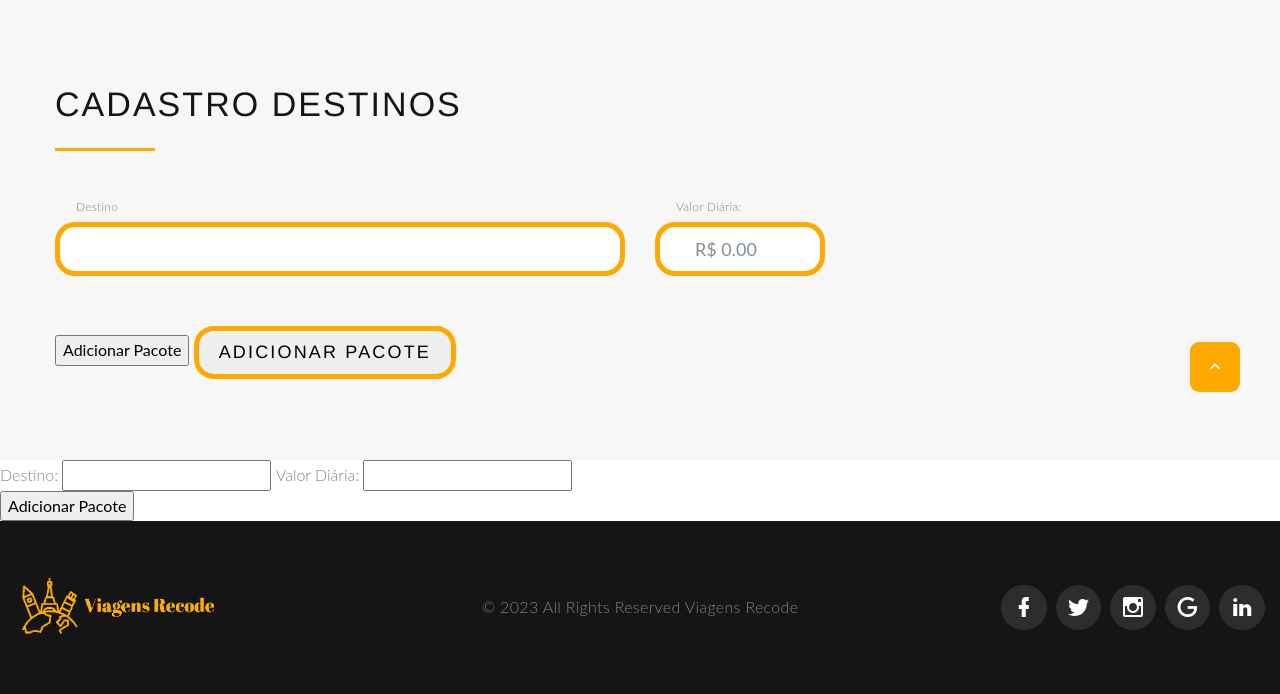
Repository: LiraS23/RecodePro2023-Modulo-4
Page: java/Modulo4/src/main/webapp/destinos.html
The author's editor kept a copy of each file at every save. The page is drawn from the files as they stood at one save, then again after the next save.
The browser window is 1280 px wide. The pictures show the part of the page from y = 388 to 1082 px (the page is 1082 px tall).
Some web fonts or font styles are not loaded; a fallback is used.

Above is the page before, as saved 2023-10-28 16:28:35.

### java/Modulo4/src/main/webapp/destinos.html
<!DOCTYPE html>
<html lang="pt-br">

<head>
	<meta charset="UTF-8">
	<meta name="viewport" content="width=device-width, initial-scale=1.0">
	<title>Destinos</title>
	<link rel="icon" href="assets/images/favicon.ico" type="image/x-icon">
	<!-- Stylesheets -->
	<link rel="stylesheet" type="text/css"
		href="assets/fonts.googleapis.com/css?family=Oswald:200,400%7CLato:300,400,300italic,700%7CMontserrat:900">
	<link rel="stylesheet" href="assets/css/bootstrap.css">
	<link rel="stylesheet" href="assets/css/style.css">
	<link rel="stylesheet" href="assets/css/fonts.css">
</head>

<body>
	<div class="page">
		<header class="section page-header breadcrumbs-custom-wrap bg-gradient bg-secondary-2 novi-background bg-cover">
			<!-- RD Navbar-->
			<div class="rd-navbar-wrap rd-navbar-default">
				<nav class="rd-navbar rd-navbar-expand-lg rd-navbar-light custom-navbar" style="z-index: 1000;"
					data-layout="rd-navbar-fixed" data-sm-layout="rd-navbar-fixed" data-md-layout="rd-navbar-fixed"
					data-md-device-layout="rd-navbar-fixed" data-lg-layout="rd-navbar-fullwidth"
					data-xl-layout="rd-navbar-static" data-lg-device-layout="rd-navbar-fixed"
					data-xl-device-layout="rd-navbar-static" data-md-stick-up-offset="2px" data-lg-stick-up-offset="2px"
					data-stick-up="true" data-sm-stick-up="true" data-md-stick-up="true" data-lg-stick-up="true"
					data-xl-stick-up="true">
					<div class="rd-navbar-inner">
						<!-- RD Navbar Panel-->
						<div class="rd-navbar-panel">
							<!-- RD Navbar Toggle-->
							<button class="rd-navbar-toggle"
								data-rd-navbar-toggle=".rd-navbar-nav-wrap"><span></span></button>
							<!-- RD Navbar Brand-->
							<div class="rd-navbar-brand"><a class="brand-name" href="index.html"><img
										class="logo-default" src="assets/images/logo-default-208x46.png" alt=""
										width="208" height="46" /><img class="logo-inverse"
										src="assets/images/logo-inverse-208x46.png" alt="" width="208"
										height="46" /></a></div>
						</div>
						<div class="rd-navbar-aside-right">
							<div class="rd-navbar-nav-wrap">
								<!-- RD Navbar Nav-->
								<ul class="rd-navbar-nav">
									<li><a href="index.html">Home</a>
									</li>
									<li class="active"><a href="destinos.html">Destinos</a>
									</li>
									<li><a href="promocoes.html">Promoções</a>
									</li>
									<li><a href="contato.html">Contato</a>
									</li>
									<li><a href="cliente.html">Cliente</a>
									</li>
								</ul>
							</div>
						</div>
						<div class="rd-navbar-aside-right"><a class="button button-sm button-secondary button-nina"
								href="pedidos.html">Reserve um passeio agora</a></div>
					</div>
				</nav>
			</div>
			<!-- Breadcrumbs-->
			<section class="breadcrumbs-custom"
				style="background: url(&quot;https://png.pngtree.com/thumb_back/fw800/back_pic/03/93/99/8257e7bbd63b3ff.jpg&quot;); background-size: cover;">
				<div class="container">
					<p class="breadcrumbs-custom-subtitle">Encontre seu proximo destino!</p>
					<p class="heading-1 breadcrumbs-custom-title">Destinos</p>
				</div>
			</section>
		</header>

		<!-- Cadastro destinos-->
		<section class="section section-wrap bg-gray-lighter novi-background bg-cover">
			<div class="section-wrap-inner">
				<div class="container container-bigger">
					<div class="row">
						<div class="col">
							<div class="section section-lg">
								<h3>Cadastro destinos</h3>
								<hr class="divider divider-left divider-secondary">
								<!-- RD Mailform-->
								<form class="rd-mailform" data-form-output="form-output-global"
									data-form-type="cadastro" method="post" action="/Modulo4/MeuPacoteServlet">
									<input type="hidden" name="action" value="adicionar">
									<div class="row row-fix row-20">
										<div class="col-md-6">
											<div class="form-wrap form-wrap-validation">
												<label class="form-label-outside" for="destino">Destino</label>
												<input class="form-control"
													style="border: 5px solid #FFA900; border-radius: 20px;" id="destino"
													type="text" name="destino" required>
											</div>
										</div>
										<div class="col-md-2">
											<div class "form-wrap form-wrap-validation">
												<label class="form-label-outside" for="valorDiaria">Valor
													Diária:</label>
												<input class="form-control"
													style="border: 5px solid #FFA900; border-radius: 20px;" type="text"
													name="valorDiaria" placeholder="R$ 0.00" required>
											</div>
										</div>
										<div class="col-sm-12 offset-custom-1">
											<div class="form-button">

												<input type="submit" value="Adicionar Pacote">

												<input class="btn btn-secondary"
													style="border: 5px solid #FFA900; border-radius: 20px;"
													type="submit" value="Adicionar Pacote"></input>
											</div>
										</div>
									</div>
								</form>
							</div>
						</div>
					</div>
				</div>
			</div>
		</section>

		<form action="/Modulo4/MeuPacoteServlet" method="post">
			<input type="hidden" name="action" value="adicionar">
			<label for="destino">Destino:</label>
			<input type="text" name="destino" required>
			<label for="valorDiaria">Valor Diária:</label>
			<input type="text" name="valorDiaria" required><br>
			<input type="submit" value="Adicionar Pacote">
		</form>

		<!-- Footer Minimal-->
		<footer class="section page-footer page-footer-minimal novi-background bg-cover text-center bg-gray-darker">
			<div class="container container-wide">
				<div class="row row-fix justify-content-sm-center align-items-md-center row-30">
					<div class="col-md-10 col-lg-7 col-xl-4 text-xl-left"><a href="index.html"><img class="inverse-logo"
								src="assets/images/logo-inverse-208x46.png" alt="" width="208" height="46" /></a></div>
					<div class="col-md-10 col-lg-7 col-xl-4">
						<p class="right">&#169;&nbsp;<span class="copyright-year"></span> All Rights Reserved Viagens
							Recode
						</p>
					</div>
					<div class="col-md-10 col-lg-7 col-xl-4 text-xl-right">
						<ul class="group-xs group-middle">
							<li><a class="icon novi-icon icon-md-middle icon-circle icon-secondary-5-filled mdi mdi-facebook"
									href="#"></a></li>
							<li><a class="icon novi-icon icon-md-middle icon-circle icon-secondary-5-filled mdi mdi-twitter"
									href="#"></a></li>
							<li><a class="icon novi-icon icon-md-middle icon-circle icon-secondary-5-filled mdi mdi-instagram"
									href="#"></a></li>
							<li><a class="icon novi-icon icon-md-middle icon-circle icon-secondary-5-filled mdi mdi-google"
									href="#"></a></li>
							<li><a class="icon novi-icon icon-md-middle icon-circle icon-secondary-5-filled mdi mdi-linkedin"
									href="#"></a></li>
						</ul>
					</div>
				</div>
			</div>
		</footer>
	</div>

	<!-- Global Mailform Output-->
	<div class="snackbars" id="form-output-global"> </div>
	<!-- Javascript-->
	<script src="assets/js/core.min.js"></script>
	<script src="assets/js/script.js"></script>

</body>

</html>

Loaded but not shown: java/Modulo4/src/main/webapp/assets/css/bootstrap.css (library); java/Modulo4/src/main/webapp/assets/css/style.css (library); java/Modulo4/src/main/webapp/assets/css/fonts.css (library); java/Modulo4/src/main/webapp/assets/js/core.min.js (library); java/Modulo4/src/main/webapp/assets/js/script.js (1496 lines, source omitted)

After the next save:
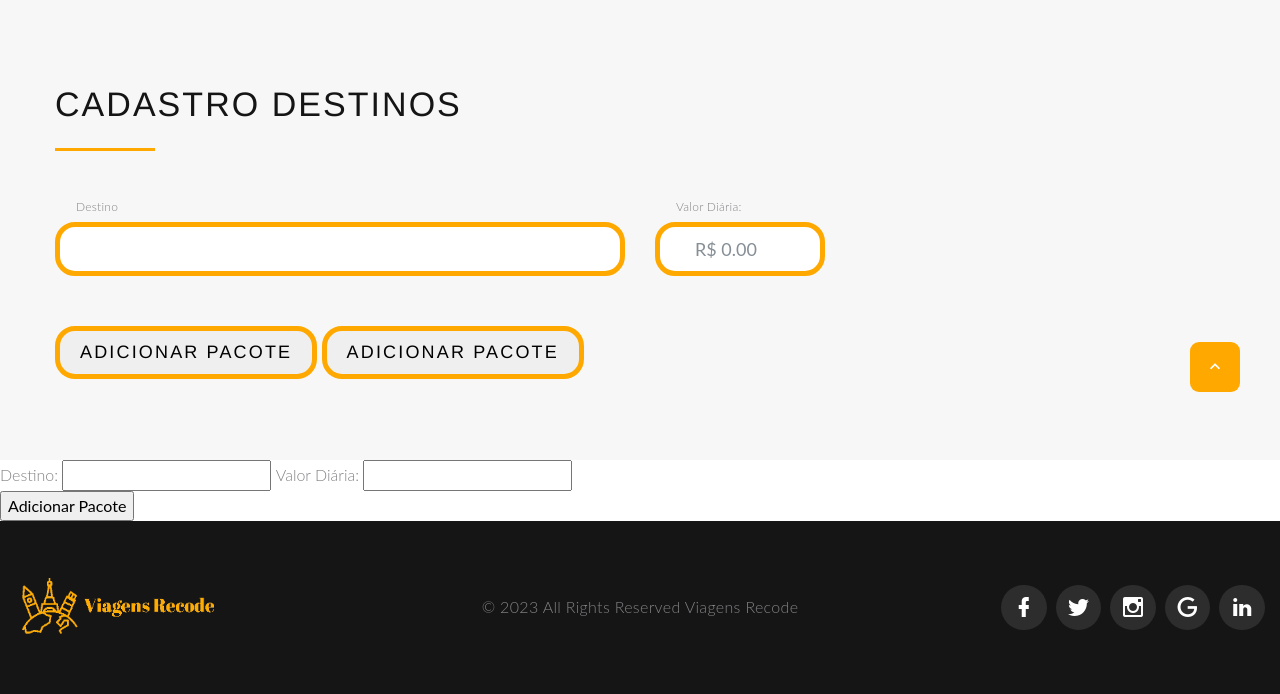
Saved 15 s later.
--- a/java/Modulo4/src/main/webapp/destinos.html
+++ b/java/Modulo4/src/main/webapp/destinos.html
@@ -105,7 +105,8 @@
 										<div class="col-sm-12 offset-custom-1">
 											<div class="form-button">
 
-												<input type="submit" value="Adicionar Pacote">
+												<input class="btn btn-secondary"
+													style="border: 5px solid #FFA900; border-radius: 20px;" type="submit" value="Adicionar Pacote">
 
 												<input class="btn btn-secondary"
 													style="border: 5px solid #FFA900; border-radius: 20px;"
